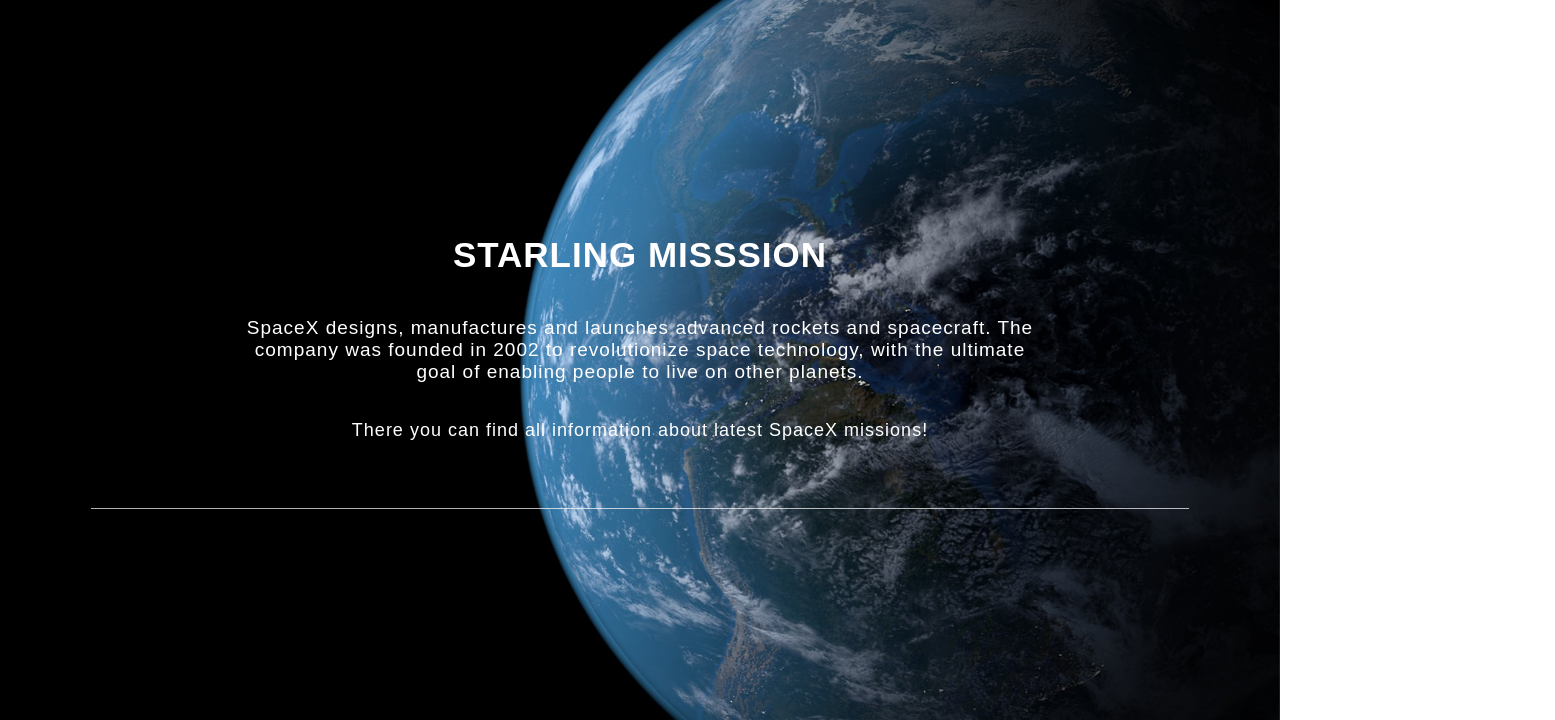
Repository: PJasiczek/vue-shop
Page: /#/
These files come from the project's save history. The page is drawn as it stood at one moment and after a run of saves; the edit follows.
The browser window is 1280 px wide. The page is 1280 px wide, then 1555 px, then 1280 px, so the pictures cover 1555 px, including what lies to the right of the window. The pictures show the whole page.
The first visible `input` has the focus.
Some web fonts or font styles are not loaded; a fallback is used. The project was rebuilt for these pictures with package versions that can differ from the ones it lists, and the page was loaded fresh each time.

Above is the page before, as saved 2020-04-06 19:04:36.

### src/App.vue
<template>
  <div class="wrapper">
    <BackgroundImage/>
    <Claim/>
    <SearchInput :value="searchValue" @input="handleInput"/>
  </div>
</template>

<script>

import debounce from 'lodash/debounce';

import Claim from '@/components/Claim.vue';

import SearchInput from '@/components/SearchInput.vue';

import BackgroundImage from '@/components/BackgroundImage.vue';

const axios = require('axios');

const API = 'https://api.spacexdata.com/v3/launches?rocket_name=';

export default {
  name: 'Search',
  components: {
    Claim, SearchInput, BackgroundImage,
  },
  data() {
    return {
      searchValue: '',
      results: [],
    };
  },
  methods: {
    // eslint-disable-next-line
    handleInput: debounce(function() {
      console.log(this.searchValue);
      axios.get(`${API}${this.searchValue}`)
        .then((response) => {
          this.results = response.data;
          console.log(response.data);
        }).catch((error) => {
          console.log(error);
        });
    }, 500),
  },
};
</script>

<style lang="scss">
  @import url('https://fonts.googleapis.com/css2?family=Baloo+Thambi+2:wght@400;500;600;700;800&display=swap');
  *{
    box-sizing: border-box;
    -webkit-font-smoothing: antialiased;
    -moz-osx-font-smoothing: grayscale;
  }

  body{
    margin: 0;
    padding: 0;
    font-family: 'Baloo Thambi 2', sans-serif;
  }
  .wrapper{
    display: flex;
    width: 100%;
    min-height: 100vh;
    flex-direction: column;
    justify-content: center;
    align-items: center;
    margin: 0;
    padding: 30px;
  }

</style>

### src/components/Claim.vue
<template>
  <div class="claimWrapper">
      <h1 class="claim">STARLING MISSSION</h1>
      <p class="subclaim">SpaceX designs, manufactures and launches advanced rockets and spacecraft. The company was founded in 2002 to revolutionize space technology, with the ultimate goal of enabling people to live on other planets.</p>
      <p class="subclaim">There you can find all information about latest SpaceX missions!</p>
  </div>
</template>

<script>
/* eslint-disable eol-last */
export default {
  name: 'Claim',
};
</script>
<style lang="scss" scoped>
.claimWrapper{
    display: flex;
    flex-direction: column;
    justify-content: center;
    align-items: center;
    color: #ffffff;
    text-align: center;

    .claim{
        font-size: 25px;

        @media (min-width: 768px) {
            font-size: 45px;
        }

        @media (min-width: 1024px) {
            font-size: 35px;
            letter-spacing: 1px;
        }
    }

    .subclaim{

        @media (min-width: 768px) {
            width: 800px;
            letter-spacing: 1px;
        }

        @media (min-width: 1024px) {
            width: 800px;
            letter-spacing: 1px;
        }
    }

    .subclaim:first-of-type{
        font-size: 15px;

        @media (min-width: 768px) {
            font-size: 27px;
            font-weight: 200;
        }

        @media (min-width: 1024px) {
            font-size: 19px;
            letter-spacing: 1px;
        }
    }

    .subclaim:last-of-type{
        font-size: 16px;

        @media (min-width: 768px) {
            font-size: 25px;
            font-weight: 200;
        }

        @media (min-width: 1024px) {
            font-size: 18px;
            letter-spacing: 1px;
        }
    }
}

</style>

### src/components/SearchInput.vue
<template>
      <input id="search" name="search" v-model="searchValue" @input="handleInput"/>
</template>

<script>
/* eslint-disable eol-last */
export default {
  name: 'SearchInput',
  props: {
    value: {
        type: String,
        required: true,
    },
  },
  methods: {
    handleChange(e) {
        this.$emit('input', e.target.value);
    },
  },
};
</script>

<style lang="scss" scoped>
  input{
    display: flex;
    flex-direction: column;
    align-items: center;
    height: 50px;
    border: 0;
    text-align: center;
    color: #ffffff;
    opacity: 0.7;
    font-family: 'Baloo Thambi 2', sans-serif;
    border-bottom: 1px solid #ffffff;
    background: none;
    transition: width .25s ease-in-out;
    font-size: 14px;

    @media (min-width: 768px) {
        font-size: 23px;
        border-bottom: 1.5px solid #ffffff;
    }

    @media (min-width: 1024px) {
        font-size: 18px;
    }
  }

  input:focus{
      outline: none;
      width: 90%;
  }
</style>

### src/components/BackgroundImage.vue
<template>
  <div class="backgroudImage"/>
</template>

<script>
/* eslint-disable eol-last */
export default {
  name: 'BackgroudImage',
};
</script>
<style lang="scss" scoped>
.backgroudImage{
    position: fixed;
    top: 0;
    z-index: -1;
    width: 100%;
    height: 100vh;
    background: url('../assets/4.jpg');
    background-repeat: no-repeat;
    background-size: cover;
    background-position: 55% 70%;
}

</style>

Loaded but not shown: public/index.html (common file); src/main.js (common file)

After the next 2 saves:
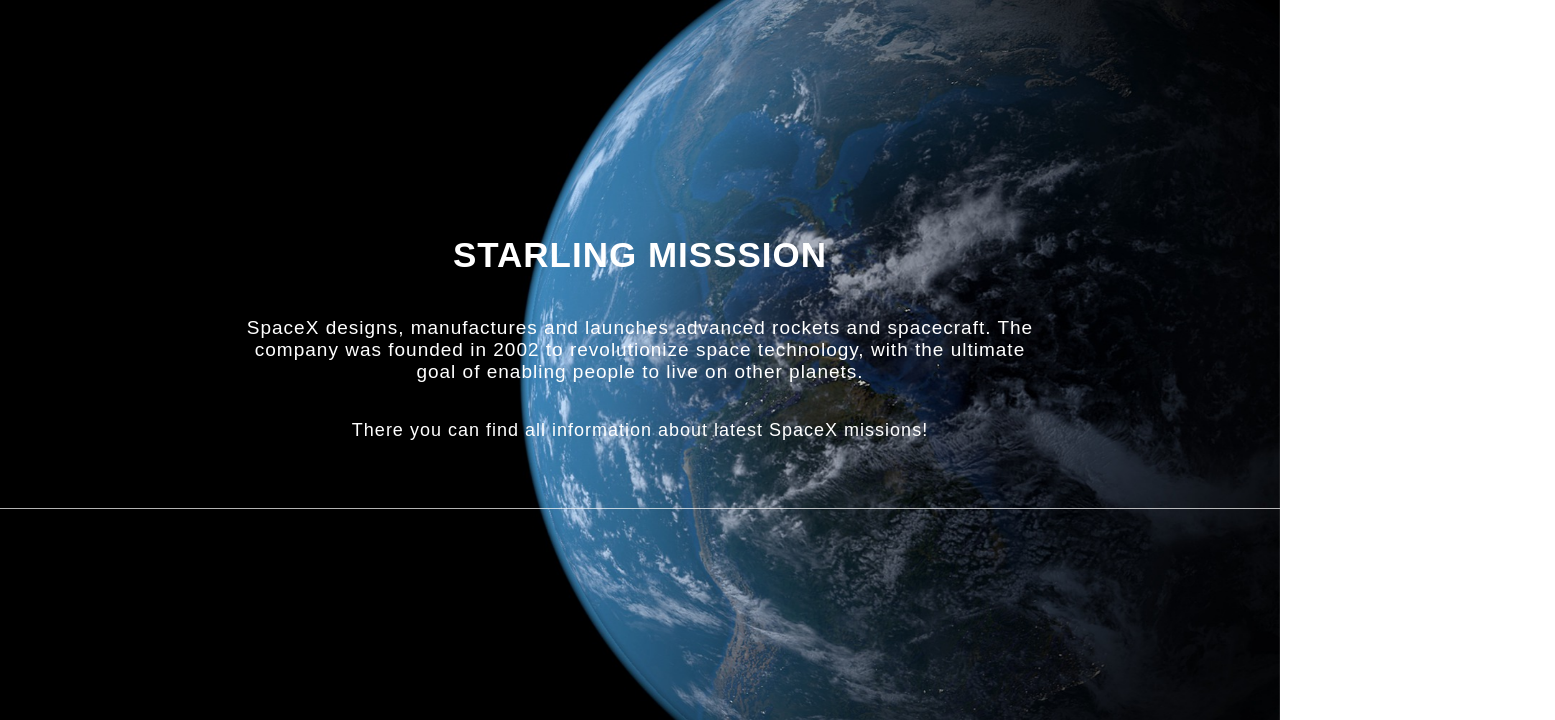
The 2 saves are shown as one change because they came seconds apart.
The last was saved 32 s later.
--- a/src/components/SearchInput.vue
+++ b/src/components/SearchInput.vue
@@ -48,6 +48,6 @@
 
   input:focus{
       outline: none;
-      width: 90%;
+      width: 150%;
   }
 </style>

After the 6 saves that followed:
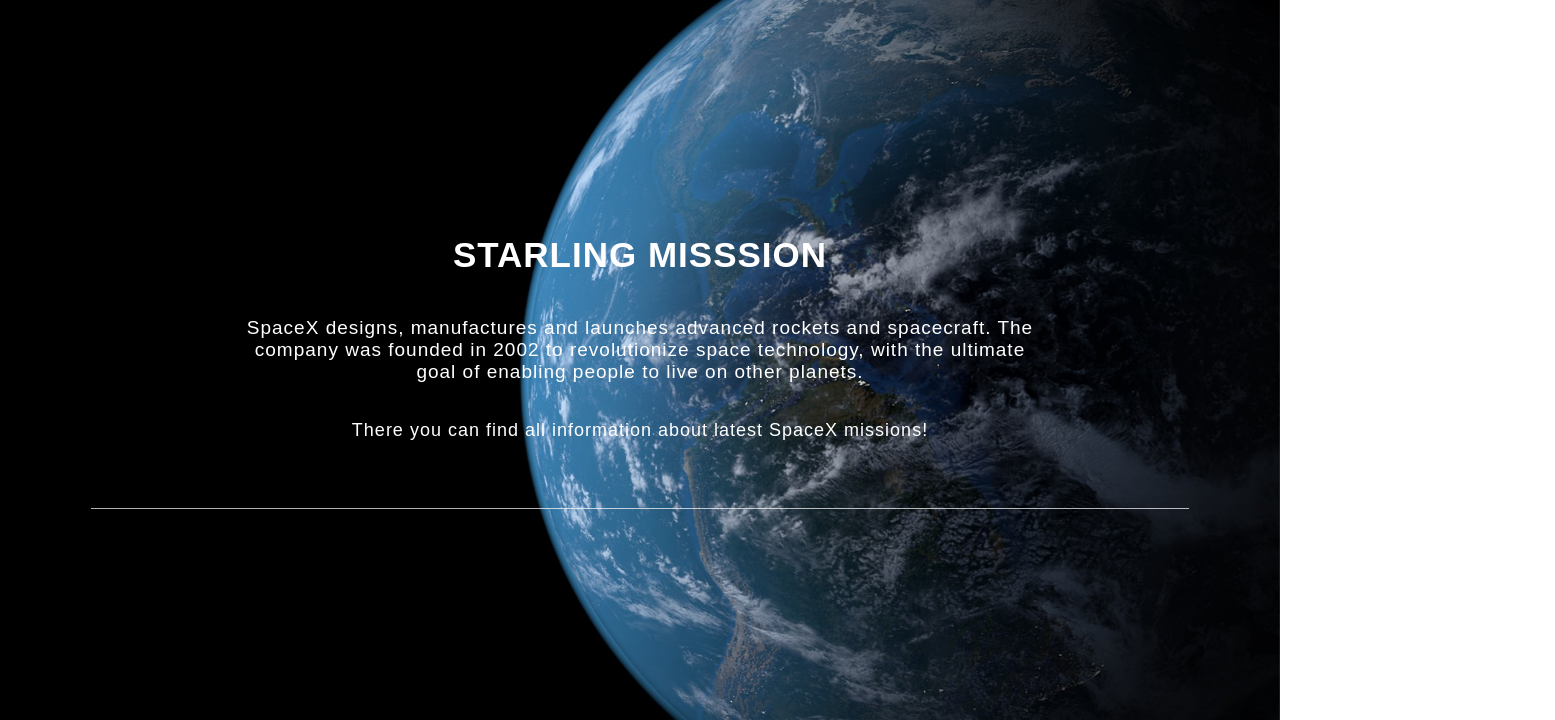
The 6 saves are shown as one change because 5 left the picture as it was.
The last was saved 4 min 43 s later.
--- a/src/App.vue
+++ b/src/App.vue
@@ -2,7 +2,7 @@
   <div class="wrapper">
     <BackgroundImage/>
     <Claim/>
-    <SearchInput :value="searchValue" @input="handleInput"/>
+    <SearchInput v-model="searchValue" @input="handleInput"/>
   </div>
 </template>
 
--- a/src/components/SearchInput.vue
+++ b/src/components/SearchInput.vue
@@ -1,5 +1,5 @@
 <template>
-      <input id="search" name="search" v-model="searchValue" @input="handleInput"/>
+      <input id="search" name="search" v-model="value" @input="handleChange"/>
 </template>
 
 <script>
@@ -8,13 +8,13 @@
   name: 'SearchInput',
   props: {
     value: {
-        type: String,
-        required: true,
+      type: String,
+      required: true,
     },
   },
   methods: {
     handleChange(e) {
-        this.$emit('input', e.target.value);
+      this.$emit('input', e.target.value);
     },
   },
 };
@@ -48,6 +48,6 @@
 
   input:focus{
       outline: none;
-      width: 150%;
+      width: 90%;
   }
 </style>
